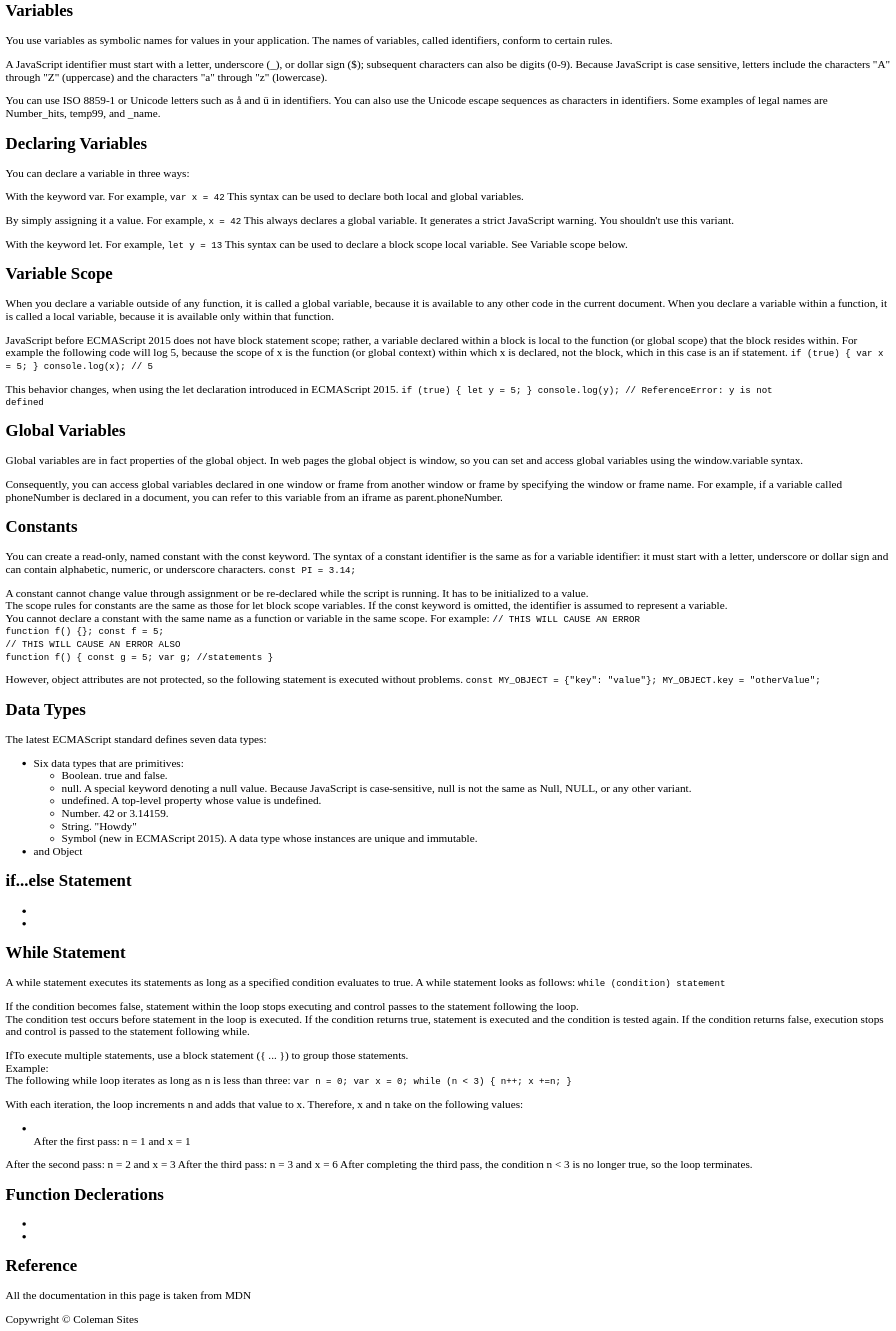
Repository: ctcoleman/technicalDocumentationPage
Page: index.html
An editor plug-in stored every save of this project. The page is shown before and after a run of saves, followed by the edit.
The browser window is 1280 px wide. The pictures show the part of the page from y = 1143 to 3063 px (the page is 3045 px tall before and 3063 px after), at 70% of full size.

Above is the page before, as saved 2020-07-09 22:18:28.

After the next 6 saves:
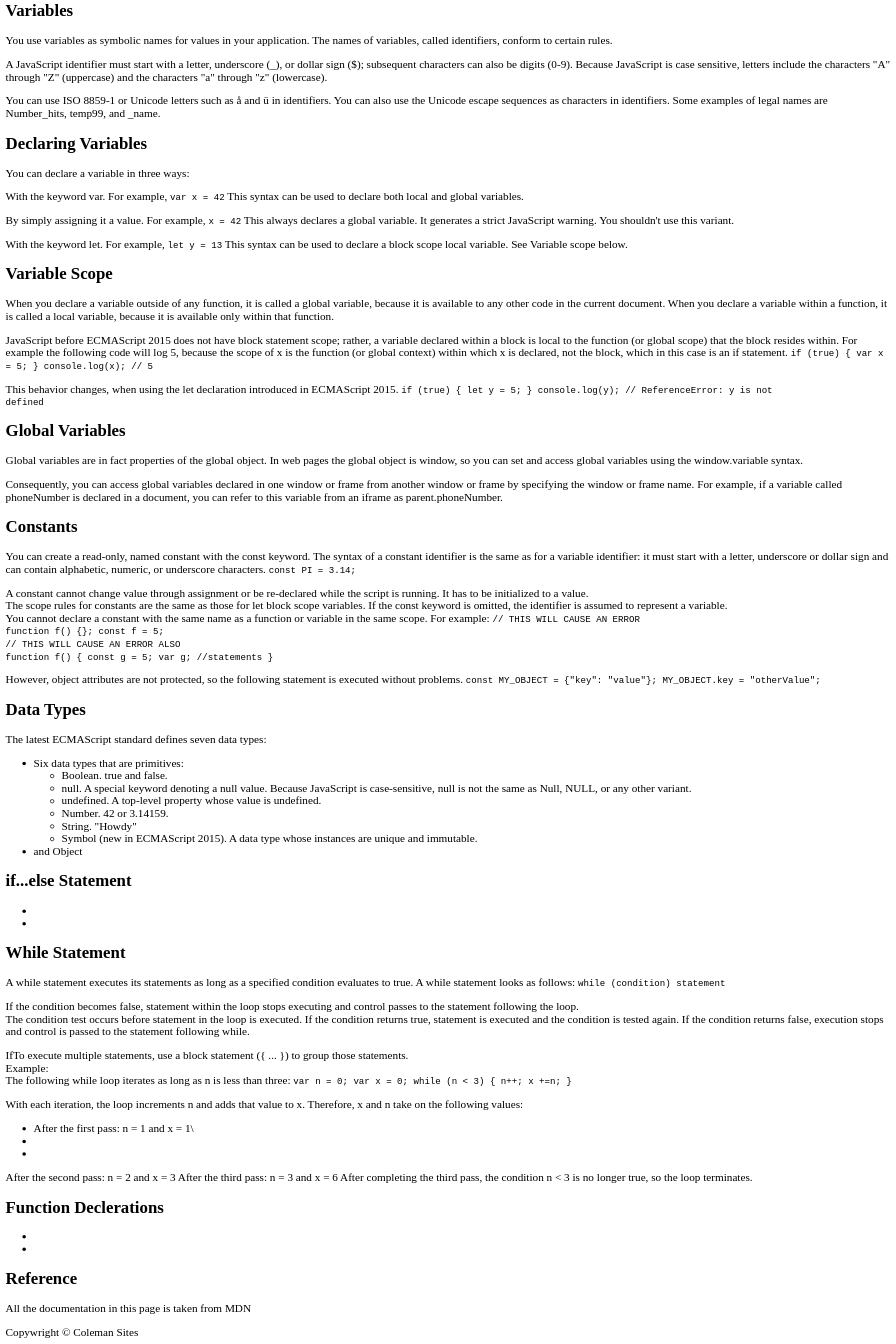
The 6 saves are shown as one change because they came seconds apart.
The last was saved 14 s later.
--- a/index.html
+++ b/index.html
@@ -336,8 +336,15 @@
         <p>
           With each iteration, the loop increments n and adds that value to x. Therefore, x and n take on the following values:
           <ul>
-            <li></li>
-            After the first pass: n = 1 and x = 1
+            <li>
+              After the first pass: n = 1 and x = 1\
+            </li>
+            <li>
+
+            </li>
+            <li>
+
+            </li>
 
           </ul>
           After the second pass: n = 2 and x = 3
